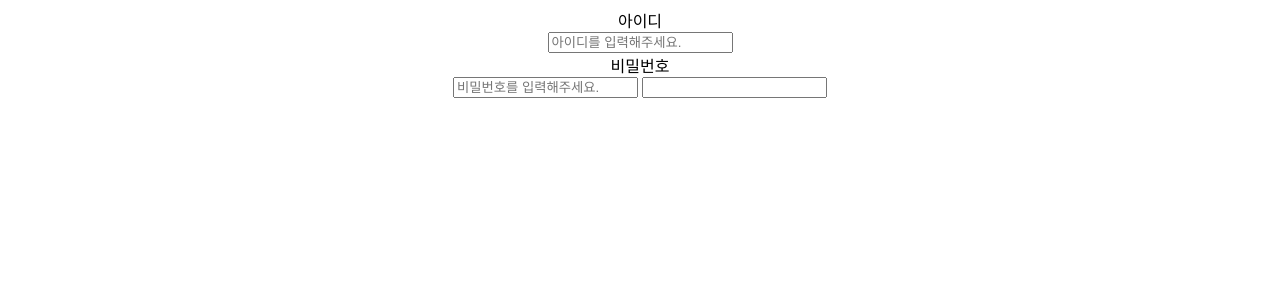
Repository: sujeong1799/JSP
Page: http://localhost/java_study/mem/login
These files come from the project's save history. The page is drawn as it stood at one moment and after the next save; the edit follows.
The browser window is 1280 px wide. The pictures show the whole page.
The page is served by Tomcat 9. Other server files are loaded and not shown.

Above is the page before, as saved 2023-05-17 11:33:46.

### jsp_project3-1/java_study/src/main/webapp/member/login.jsp
<%@ page language="java" contentType="text/html; charset=UTF-8"
    pageEncoding="UTF-8"%>
<!DOCTYPE html>
<html>
<head>
<meta charset="UTF-8">
<title>로그인 페이지</title>
</head>
<body>

<div align="center">
<form action="/mem/login_auth">
아이디<br>
<input type="text" name="id" placeholder="아이디를 입력해주세요."><br>
비밀번호<br>
<input type="text" name="password" placeholder="비밀번호를 입력해주세요.">
<input>
</div>

</form>

</body>
</html>

### jsp_project3-1/java_study/src/main/java/controller/MemberController.java
package controller;

import java.io.IOException;

import javax.servlet.RequestDispatcher;
import javax.servlet.ServletException;
import javax.servlet.annotation.WebServlet;
import javax.servlet.http.HttpServlet;
import javax.servlet.http.HttpServletRequest;
import javax.servlet.http.HttpServletResponse;

import org.slf4j.Logger;
import org.slf4j.LoggerFactory;

import domain.MemberVO;
import service.MemberService;
import service.MemberServiceImpl;


@WebServlet("/mem/*")
public class MemberController extends HttpServlet {
   private static final long serialVersionUID = 1L;
    //log 설정
   //private static final Logger log = LoggerFactory.getLogger(클래스명.class);
   private static final Logger log = LoggerFactory.getLogger(MemberController.class);
   private RequestDispatcher rdp;
   private MemberService msv;
   private int isOk; //확인
   private String destPage; //목적지주소



    public MemberController() {
        msv = new MemberServiceImpl(); //멤버의 서비스를 구현한 객체
    }


   protected void service(HttpServletRequest request, HttpServletResponse response) throws ServletException, IOException {
      // charactorEncoding 설정 / contentType / uri경로 확인
      request.setCharacterEncoding("utf-8");
      response.setCharacterEncoding("utf-8");
      response.setContentType("text/html; charset=utf-8");

      String uri = request.getRequestURI(); //전체 요청경로
      System.out.println(">>> uri  " + uri);
      String path = uri.substring(uri.lastIndexOf("/")+1);
      log.info(">>path: " +path);


      switch(path) {
      case "join":
    	  destPage = "/member/join.jsp";
         break;

      case "register":
    	  try {
    		  String id = request.getParameter("id");
    		  String password = request.getParameter("password");
    		  String email = request.getParameter("email");
    		  int birth = Integer.parseInt(request.getParameter("birth")) ;
    		  //파라미터로 mvo객체 생성
    		  MemberVO mvo = new MemberVO(id,password, email,birth);
    		  log.info(">>>>> mvo "+mvo);
    		  isOk = msv.register(mvo);
    		  log.info(">>> JOIN > " + (isOk > 0 ? "성공" : "실패"));
		} catch (Exception e) {
			// TODO: handle exception
		}
         destPage = "/"; //이렇게만 적어도 index페이지로 이동
         break;

      case "login":
    	  destPage="/member/login.jsp";
    	  break;

      case "login_auth":
    	  try {
    		  String id = request.getParameter("id");
    		  String password = request.getParameter("password");

    		  MemberVO mvo = new MemberVO(id, password);
    		  log.info(">>> login 요청 " + mvo);
    		  MemberVO loginMvo = msv.login(mvo);

    		  if(loginMvo !=null)

    		  log.info(">>> login > "+ (isOk > 0 ? "성공" : "실패"));

		} catch (Exception e) {
			// TODO: handle exception
		}
    	  destPage="/";
    	  break;
      }


      rdp = request.getRequestDispatcher(destPage);
      rdp.forward(request, response);

   }


   protected void doGet(HttpServletRequest request, HttpServletResponse response) throws ServletException, IOException {
      // TODO Auto-generated method stub
      service(request, response);
   }


   protected void doPost(HttpServletRequest request, HttpServletResponse response) throws ServletException, IOException {
      // TODO Auto-generated method stub
      service(request, response);
   }

}

### jsp_project3-1/java_study/src/main/java/service/MemberServiceImpl.java
package service;

import org.slf4j.Logger;
import org.slf4j.LoggerFactory;

import domain.MemberVO;
import repository.MemberDAO;
import repository.MemberDAOImpl;


public class MemberServiceImpl implements MemberService {

	private static final Logger log = LoggerFactory.getLogger(MemberServiceImpl.class);
	private MemberDAO mdao;

	public MemberServiceImpl() {
		mdao = new MemberDAOImpl();
	}

	@Override
	public int register(MemberVO mvo) {
		log.info("register service 진입!");

		return mdao.insert(mvo);
	}

	@Override
	public MemberVO login(MemberVO mvo) {
		// TODO Auto-generated method stub
		return null;
	}



}

### jsp_project3-1/java_study/src/main/java/repository/MemberDAO.java
package repository;

import domain.MemberVO;

public interface MemberDAO {

	int insert(MemberVO mvo);


}

### jsp_project3-1/java_study/src/main/java/repository/MemberDAOImpl.java
package repository;

import org.apache.ibatis.session.SqlSession;
import org.slf4j.Logger;
import org.slf4j.LoggerFactory;

import domain.MemberVO;
import orm.DatabaseBuilder;

public class MemberDAOImpl implements MemberDAO {

	private static final Logger log = LoggerFactory.getLogger(MemberDAOImpl.class);
	private SqlSession sql;
	private String NS = "MemberMapper.";

	public MemberDAOImpl() {
		new DatabaseBuilder();
		sql = DatabaseBuilder.getFactory().openSession(); // sql연결
	}

	@Override
	public int insert(MemberVO mvo) {
		int isOk = sql.insert(NS+"reg", mvo);
		if(isOk > 0) {
			sql.commit();
		}
		return isOk;
	}



}

### jsp_project3-1/java_study/src/main/java/orm/DatabaseBuilder.java
package orm;

import java.io.IOException;

import org.apache.ibatis.io.Resources;
import org.apache.ibatis.session.SqlSessionFactory;
import org.apache.ibatis.session.SqlSessionFactoryBuilder;
import org.slf4j.Logger;
import org.slf4j.LoggerFactory;

public class DatabaseBuilder {

	private static Logger log = LoggerFactory.getLogger(DatabaseBuilder.class);
	private static SqlSessionFactory factory;
	private static final String config ="orm/MybatisConfig.xml";

	static {
		try {
			factory = new SqlSessionFactoryBuilder().build(
					Resources.getResourceAsReader(config));
		} catch (IOException e) {
			log.info("Mybatis 설정 오류");
			e.printStackTrace();
			// TODO: handle exception
		}
	}

	public static SqlSessionFactory getFactory() {
		return factory;
	}
}

### jsp_project3-1/java_study/src/main/java/domain/MemberVO.java
package domain;

public class MemberVO {

/*
create table member(
id varchar(100) not null,
password varchar(100) not null,
email varchar(100) not null,
birth int,
reg_date datetime default now(),
last_login datetime,
Primary key(id));
*/

	private String id;
	private String password;
	private String email;
	private int birth;
	private String reg_date;
	private String last_login;

	//생성자

	public MemberVO() {}

	// 로그인 생성자
	public MemberVO(String id, String password) {
		this.id = id;
		this.password = password;
	}

	// 등록 생성자


	public MemberVO(String id, String password, String email, int birth) {
		this.id = id;
		this.password = password;
		this.email = email;
		this.birth = birth;
	}


	@Override
	public String toString() {
		return "MemberVO [id=" + id + ", password=" + password + ", email=" + email + ", birth=" + birth + ", reg_date="
				+ reg_date + ", last_login=" + last_login + "]";
	}

	// 회원리스트 생성자
	public MemberVO(String id, String email, String reg_date) {
		this.id = id;
		this.email = email;
		this.reg_date = reg_date;
	}

	// 회원정보보기 생성자
	public MemberVO(String id, String email, int birth, String reg_date, String last_login) {
		this.id = id;
		this.email = email;
		this.birth = birth;
		this.reg_date = reg_date;
		this.last_login = last_login;
	}

	// 정보수정 생성자
	public MemberVO(String password, String email, int birth) {
		this.password = password;
		this.email = email;
		this.birth = birth;
	}


	// getter / setter

	public String getId() {
		return id;
	}

	public void setId(String id) {
		this.id = id;
	}

	public String getPassword() {
		return password;
	}

	public void setPassword(String password) {
		this.password = password;
	}

	public String getEmail() {
		return email;
	}

	public void setEmail(String email) {
		this.email = email;
	}

	public int getBirth() {
		return birth;
	}

	public void setBirth(int birth) {
		this.birth = birth;
	}

	public String getReg_date() {
		return reg_date;
	}

	public void setReg_date(String reg_date) {
		this.reg_date = reg_date;
	}

	public String getLast_login() {
		return last_login;
	}

	public void setLast_login(String last_login) {
		this.last_login = last_login;
	}







}

After the next save:
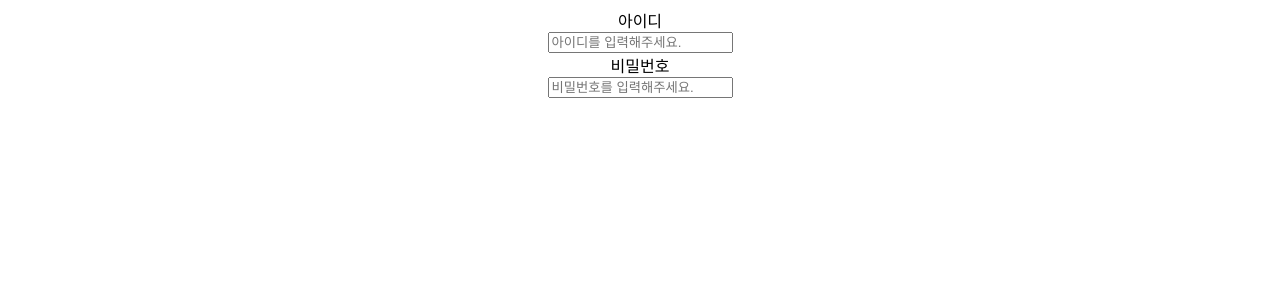
Saved 7 s later.
--- a/jsp_project3-1/java_study/src/main/webapp/member/login.jsp
+++ b/jsp_project3-1/java_study/src/main/webapp/member/login.jsp
@@ -14,7 +14,7 @@
 <input type="text" name="id" placeholder="아이디를 입력해주세요."><br>
 비밀번호<br>
 <input type="text" name="password" placeholder="비밀번호를 입력해주세요.">
-<input>
+
 </div>
 
 </form>
